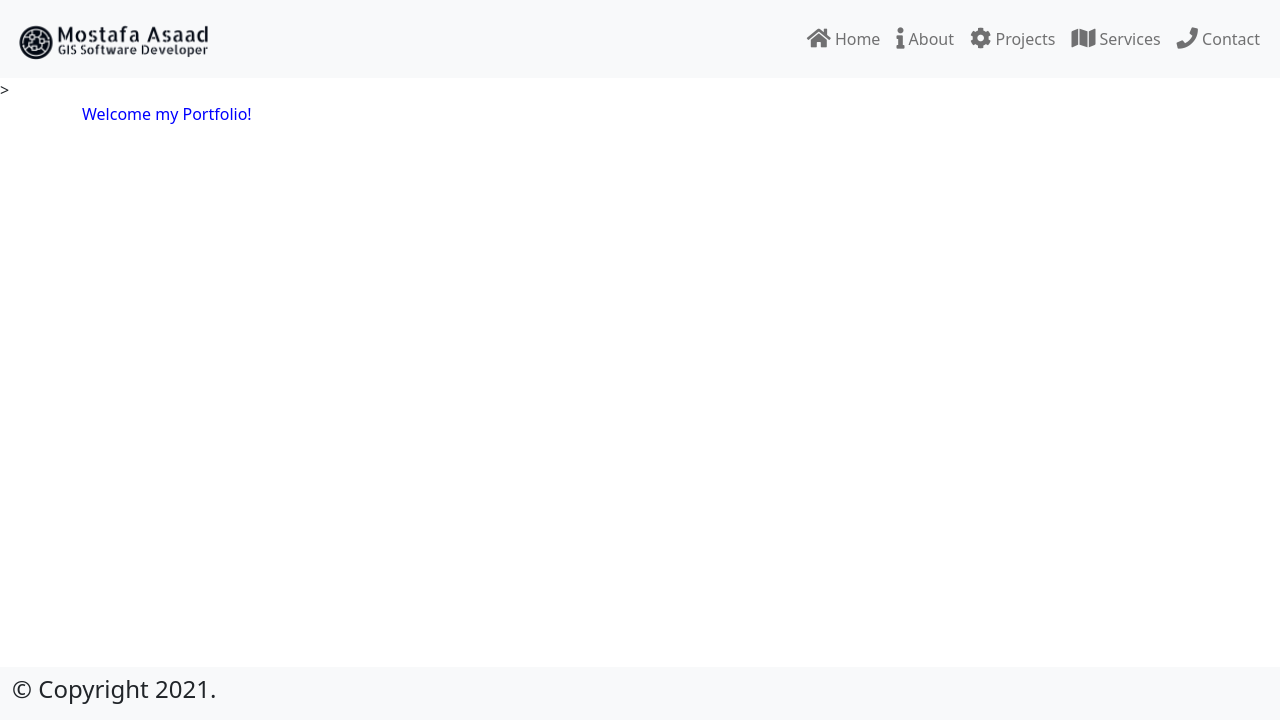
Repository: Mostafa-Asaad/Portfolio
Page: http://localhost/
An editor plug-in stored every save of this project. The page is shown before and after the next save, followed by the edit.
The browser window is 1280 px wide. The pictures show the whole page.
The page is served by the project's Node server (index.js).

Above is the page before, as saved 2021-06-04 19:10:42.

After the next save:
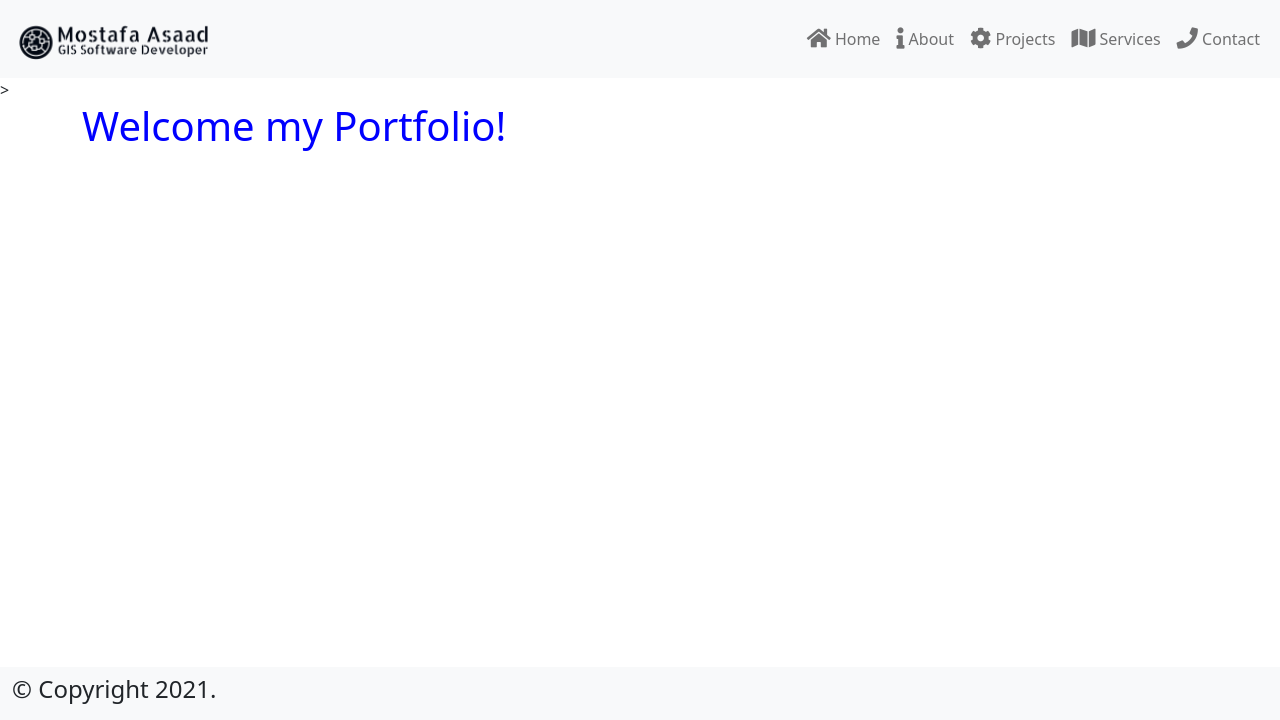
Saved 22 s later.
--- a/Server/Views/content/home.ejs
+++ b/Server/Views/content/home.ejs
@@ -1,5 +1,5 @@
 <div class="container">
 
-    <p style="color:blue">Welcome my Portfolio!</h1>
+    <h1 style="color:blue">Welcome my Portfolio!</h1>
 
 </div>
